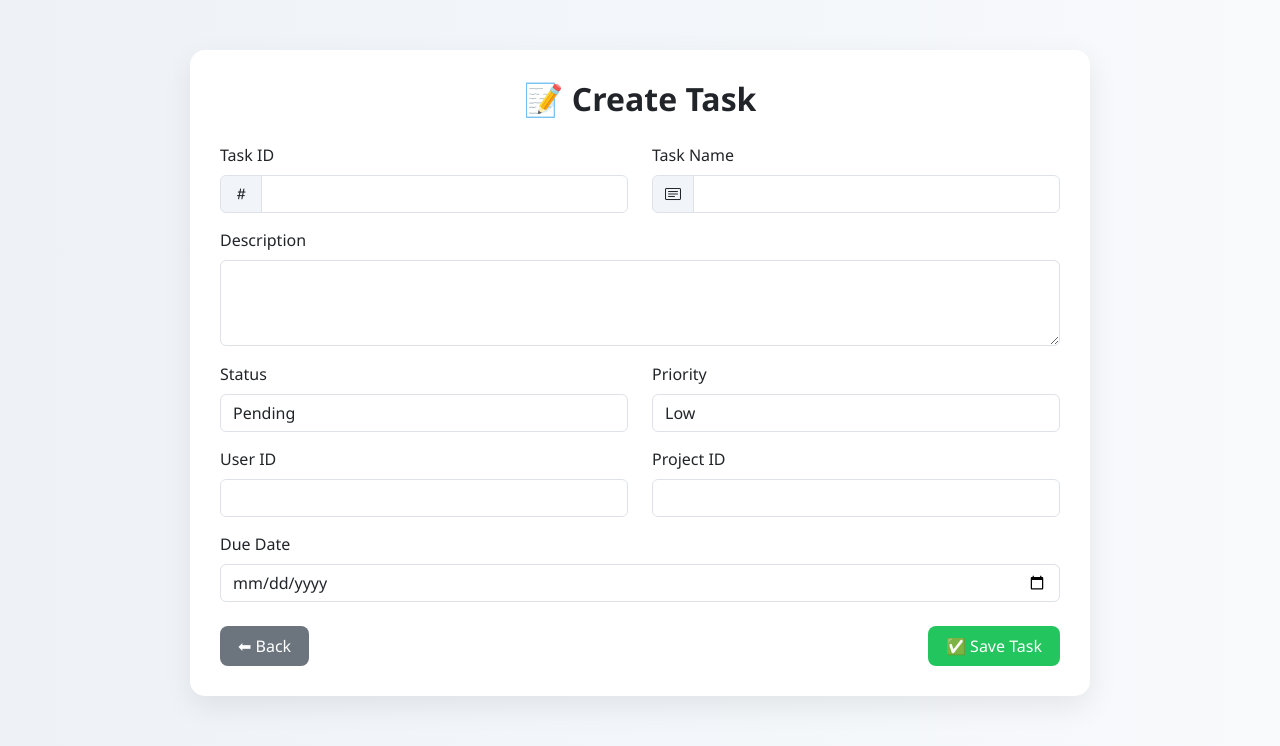
Repository: Rohan-911/task-management
Page: http://localhost/taskservice/create-task
An editor plug-in stored every save of this project. The page is shown before and after the next save, followed by the edit.
The browser window is 1280 px wide. The pictures show the whole page.
The page is this project's Thymeleaf template; nobody is signed in. The template is opened directly, without the code that normally fills it, so the values that code supplies are empty.

Above is the page before, as saved 2026-04-19 12:23:20.

### frontend/src/main/resources/templates/taskservice/create-task.html
<!DOCTYPE html>
<html xmlns:th="http://www.thymeleaf.org">

<head>
    <title>Create Task</title>

    <!-- Bootstrap + Icons -->
    <link href="https://cdn.jsdelivr.net/npm/bootstrap@5.3.0/dist/css/bootstrap.min.css" rel="stylesheet">
    <link href="https://cdn.jsdelivr.net/npm/bootstrap-icons/font/bootstrap-icons.css" rel="stylesheet">

    <style>
        body {
            background: linear-gradient(to right, #eef2f7, #f8fafc);
            font-family: 'Segoe UI', sans-serif;
        }

        .form-container {
            max-width: 900px;
            margin: 50px auto;
        }

        .form-card {
            background: white;
            border-radius: 15px;
            padding: 30px;
            box-shadow: 0 10px 30px rgba(0,0,0,0.08);
        }

        .form-title {
            text-align: center;
            font-weight: 700;
            margin-bottom: 25px;
        }

        .form-label {
            font-weight: 500;
        }

        .input-group-text {
            background: #f1f5f9;
        }

        .form-control:focus {
            border-color: #6366f1;
            box-shadow: 0 0 5px rgba(99,102,241,0.3);
        }

        .btn {
            border-radius: 8px;
            padding: 8px 18px;
        }

        .btn-success {
            background: #22c55e;
            border: none;
        }

        .btn-success:hover {
            background: #16a34a;
        }

        .btn-secondary {
            border: none;
        }

        .row-gap {
            margin-bottom: 15px;
        }
    </style>
</head>

<body>

<div class="form-container">

    <div class="form-card">

        <h2 class="form-title">📝 Create Task</h2>

        <form th:action="@{/tasks/create}" th:object="${task}" method="post">

            <div class="row">

                <!-- Task ID -->
                <div class="col-md-6 row-gap">
                    <label class="form-label">Task ID</label>
                    <div class="input-group">
                        <span class="input-group-text"><i class="bi bi-hash"></i></span>
                        <input type="number" th:field="*{taskID}" class="form-control" required>
                    </div>
                </div>

                <!-- Task Name -->
                <div class="col-md-6 row-gap">
                    <label class="form-label">Task Name</label>
                    <div class="input-group">
                        <span class="input-group-text"><i class="bi bi-card-text"></i></span>
                        <input type="text" th:field="*{taskName}" class="form-control" required>
                    </div>
                </div>

            </div>

            <!-- Description -->
            <div class="mb-3">
                <label class="form-label">Description</label>
                <textarea th:field="*{description}" class="form-control" rows="3"></textarea>
            </div>

            <div class="row">

                <!-- Status -->
                <div class="col-md-6 row-gap">
                    <label class="form-label">Status</label>
                    <select th:field="*{status}" class="form-control" required>
                        <option value="Pending">Pending</option>
                        <option value="In Progress">In Progress</option>
                        <option value="Completed">Completed</option>
                    </select>
                </div>

                <!-- Priority -->
                <div class="col-md-6 row-gap">
                    <label class="form-label">Priority</label>
                    <select th:field="*{priority}" class="form-control" required>
                        <option value="Low">Low</option>
                        <option value="Medium">Medium</option>
                        <option value="High">High</option>
                    </select>
                </div>

            </div>

            <div class="row">

                <!-- User ID -->
                <div class="col-md-6 row-gap">
                    <label class="form-label">User ID</label>
                    <input type="number" th:field="*{userID}" class="form-control" required>
                </div>

                <!-- Project ID -->
                <div class="col-md-6 row-gap">
                    <label class="form-label">Project ID</label>
                    <input type="number" th:field="*{projectID}" class="form-control" required>
                </div>

            </div>

            <!-- Due Date -->
            <div class="mb-3">
                <label class="form-label">Due Date</label>
                <input type="date" class="form-control" th:field="*{dueDate}">
            </div>

            <!-- BUTTONS -->
            <div class="d-flex justify-content-between mt-4">
                <a href="/tasks" class="btn btn-secondary">⬅ Back</a>
                <button type="submit" class="btn btn-success">✅ Save Task</button>
            </div>

        </form>

    </div>

</div>

</body>
</html>

After the next save:
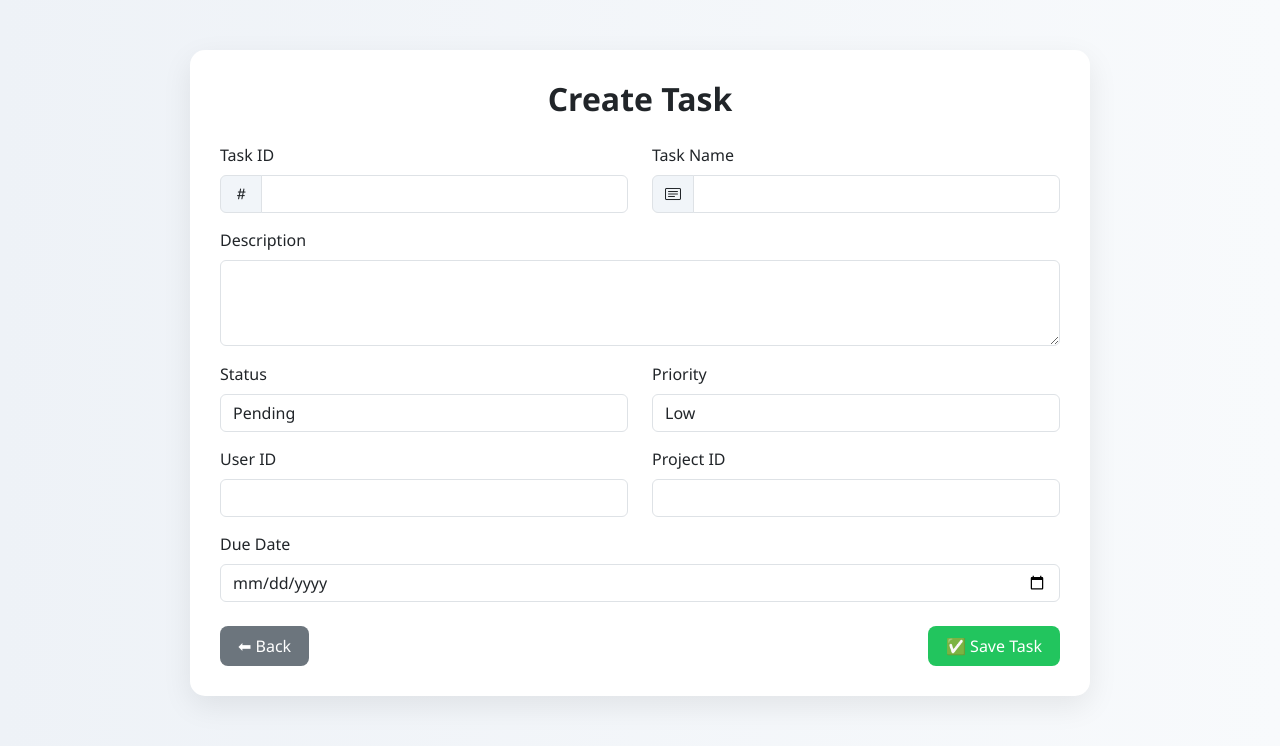
Saved 29 s later.
--- a/frontend/src/main/resources/templates/taskservice/create-task.html
+++ b/frontend/src/main/resources/templates/taskservice/create-task.html
@@ -75,7 +75,7 @@
 
     <div class="form-card">
 
-        <h2 class="form-title">📝 Create Task</h2>
+        <h2 class="form-title"> Create Task</h2>
 
         <form th:action="@{/tasks/create}" th:object="${task}" method="post">
 
